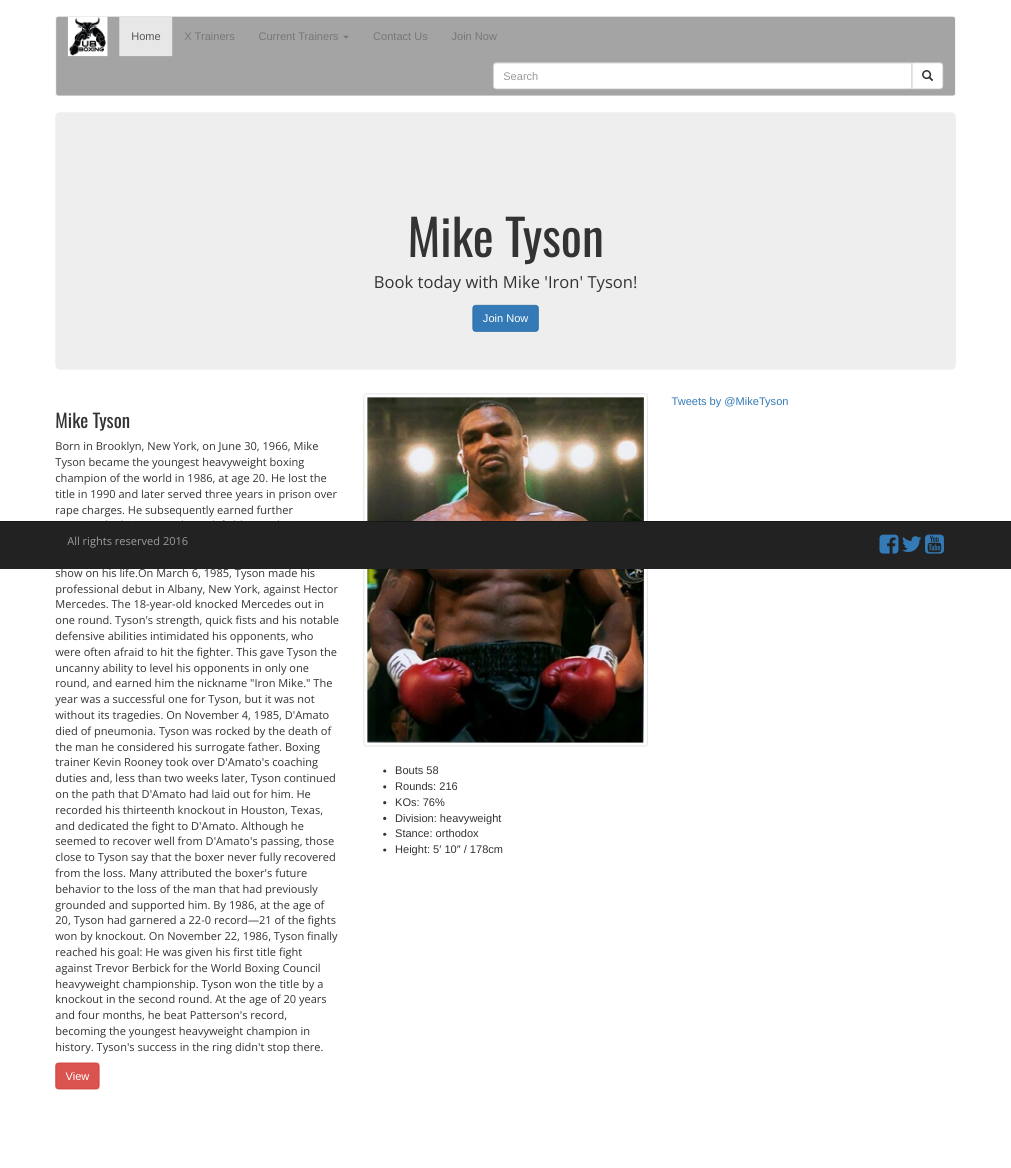
Repository: Dittaa5/2015cde-assesment-
Page: http://localhost/miketyson
The author's editor kept a record of every edit. The page is drawn from the files as they stood at one moment, then again after the next edit.
The browser window is 1280 px wide. The pictures show the whole page, at 79% of full size.
Some web libraries are served in a nearby version. The page is served by the project's application, run on Flask 3 (bootstrap-3.3.6-dist/app.py).

Above is the page before.

### website205/workspace/bootstrap-3.3.6-dist/templates/miketyson.html
<!DOCTYPE html>
<html lang="en">
  <head>
    <meta charset="utf-8">
    <meta http-equiv="X-UA-Compatible" content="IE=edge">
    <meta name="viewport" content="width=device-width, initial-scale=1">
    <!-- The above 3 meta tags *must* come first in the head; any other head content must come *after* these tags -->
    <title>Mike Tyson</title>

    <!-- Bootstrap -->
    <link rel="stylesheet" href="{{ url_for('static', filename='css/bootstrap.min.css') }}">
    <link rel="stylesheet" href="{{ url_for('static', filename='css/style.css') }}">

    <link rel="stylesheet" href="https://maxcdn.bootstrapcdn.com/font-awesome/4.5.0/css/font-awesome.min.css">
        <link href='https://fonts.googleapis.com/css?family=Open+Sans' rel='stylesheet' type='text/css'>
    <link href='https://fonts.googleapis.com/css?family=Oswald' rel='stylesheet' type='text/css'>
  </head>

  <body>
    <div class="container">
      <nav class="navbar navbar-default" role="navigation">
  <!-- Brand and toggle get grouped for better mobile display -->
  <div class="navbar-header">

    <button type="button" class="navbar-toggle" data-toggle="collapse" data-target=".navbar-collapse">
      <span class="sr-only">Toggle navigation</span>
      <span class="icon-bar"></span>
      <span class="icon-bar"></span>
      <span class="icon-bar"></span>
    </button>
    <a class="navbar-brand" href="index.html" Boxing>
               <img id="brand-image" class="center-block" alt="logo" src="images/boxinglogo.jpg"/>
            </a>
  </div>

  <!-- Collect the nav links, forms, and other content for toggling -->
  <div class="collapse navbar-collapse" id="bs-example-navbar-collapse-1">
    <ul class="nav navbar-nav">
      <li class="active"><a href="index.html">Home</a></li>
      <li><a href="xtrainers.html">X Trainers</a></li>
      <li class="dropdown">
        <a href="#" class="dropdown-toggle" data-toggle="dropdown">Current Trainers <b class="caret"></b></a>
        <ul class="dropdown-menu">
          <li><a href="miketyson.html">Mike Tyson</a></li>
          <li class="divider"></li>
          <li><a href="mannypac.html">Manny Pacquiao</a></li>
          <li class="divider"></li>
          <li><a href="amirkhan.html">Amir Khan</a></li>
        </ul>
      </li>
      <li><a href="contactus.html">Contact Us</a></li>
      <li><a href="joinnow.html">Join Now</a></li>
    </ul>
    <ul class="nav navbar-nav navbar-right">
      <form class="navbar-form" role="search" action="http://www.google.com/search">
        <div class="input-group">
            <input type="text" class="form-control" size="60px" placeholder="Search" name="q">
            <div class="input-group-btn">
                <button class="btn btn-default" type="submit"><i class="glyphicon glyphicon-search"></i></button>
            </div>
        </div>
        </form>
    </ul>
    </div>
  </div><!-- /.navbar-collapse -->

<div class="container">
    <div class="jumbotron text-center">
    <h1>Mike Tyson </h1>
    <p>Book today with Mike 'Iron' Tyson!</p>
    <a href="joinnow.html" class="btn btn-primary">Join Now</a>
    </div>

    <div class="row">
      <div class="col-md-4">

        <h3>Mike Tyson</h3>
        <p>Born in Brooklyn, New York, on June 30, 1966, Mike Tyson became the youngest heavyweight boxing champion of the world in 1986, at age 20. He lost the title in 1990 and later served three years in prison over rape charges. He subsequently earned further notoriety by biting Evander Holyfield's ear during a rematch in 1997. Tyson has gone on to appear in several films, including a documentary and Broadway show on his life.On March 6, 1985, Tyson made his professional debut in Albany, New York, against Hector Mercedes. The 18-year-old knocked Mercedes out in one round. Tyson's strength, quick fists and his notable defensive abilities intimidated his opponents, who were often afraid to hit the fighter. This gave Tyson the uncanny ability to level his opponents in only one round, and earned him the nickname "Iron Mike."
The year was a successful one for Tyson, but it was not without its tragedies. On November 4, 1985, D'Amato died of pneumonia. Tyson was rocked by the death of the man he considered his surrogate father. Boxing trainer Kevin Rooney took over D'Amato's coaching duties and, less than two weeks later, Tyson continued on the path that D'Amato had laid out for him. He recorded his thirteenth knockout in Houston, Texas, and dedicated the fight to D'Amato. Although he seemed to recover well from D'Amato's passing, those close to Tyson say that the boxer never fully recovered from the loss. Many attributed the boxer's future behavior to the loss of the man that had previously grounded and supported him.
By 1986, at the age of 20, Tyson had garnered a 22-0 record—21 of the fights won by knockout. On November 22, 1986, Tyson finally reached his goal: He was given his first title fight against Trevor Berbick for the World Boxing Council heavyweight championship. Tyson won the title by a knockout in the second round. At the age of 20 years and four months, he beat Patterson's record, becoming the youngest heavyweight champion in history.
Tyson's success in the ring didn't stop there.</p>
        <a href="#" class="btn btn-danger">View</a>
      </div>
      <div class="col-md-4">
      <a href="#" class="thumbnail">
        <img src="images/miketyson.jpg" alt="Mike Tyson">
        </a>
        <ul>
          <li>Bouts	58</li>
          <li>Rounds: 216 </li>
          <li>KOs:	76% </li>
          <li>Division:	heavyweight</li>
          <li>Stance: orthodox</li>
          <li>Height:	5′ 10″   /   178cm </li>
        </ul>
      </div>
      <div class="col-md-4">
          <a class="twitter-timeline" href="https://twitter.com/MikeTyson" data-widget-id="710529059357388800">Tweets by @MikeTyson</a>
<script>!function(d,s,id){var js,fjs=d.getElementsByTagName(s)[0],p=/^http:/.test(d.location)?'http':'https';if(!d.getElementById(id)){js=d.createElement(s);js.id=id;js.src=p+"://platform.twitter.com/widgets.js";fjs.parentNode.insertBefore(js,fjs);}}(document,"script","twitter-wjs");</script>

      </div>
    </div>
  </div>

  <div class="navbar navbar-inverse navbar-fixed-bottom" role="navigation">
      <div class="container">
        <div class="navbar-text pull-left">
            <p> All rights reserved 2016</p>
        </div>
        <div class="navbar-text pull-right">
            <a href="#"><i class="fa fa-facebook-square fa-2x"></i></a>
            <a href="#"><i class="fa fa-twitter fa-2x"></i></a>
            <a href="#"><i class="fa fa-youtube-square fa-2x"></i></a>
        </div>
      </div>
  </div>

  <div class="modal fade" id="contactus" role="dialog">
    <div class="modal-dialog">
        <div class="modal-content">
          <form class="form-horizontal" role="form">
            <div class="modal-header">
                <h4>Contact</h4>
            </div>
            <div class="modal-body">
                <div class="form-group">
                  <lable for="contact-name" class="col-sm-2 control-lable">Name</lable>
                  <div class="col-sm-10">
                    <input type="text" class="form-control" id="contact-name" placeholder="first and last name">
                  </div>
                </div>
                <div class="form-group">
                  <lable for="contact-email" class="col-sm-2 control-lable">Email</lable>
                  <div class="col-sm-10">
                    <input type="email" class="form-control" id="contact-email" placeholder="example@domain.com">
                  </div>
                </div>
                 <div class="form-group">
                  <lable for="contact-message" class="col-sm-2 control-lable">Message</lable>
                  <div class="col-sm-10">
                    <textarea class="form-control" rows="4"></textarea>
                  </div>
                </div>
            </div>
            <div class="modal-footer">
                <a class="btn btn-default" data-dismiss="modal">Close</a>
                <button type="submit" class="btn btn-primary">Send</button>
            </div>

          </form>
        </div>
    </div>
</div>



    <!-- jQuery (necessary for Bootstrap's JavaScript plugins) -->
    <script src="https://ajax.googleapis.com/ajax/libs/jquery/1.11.3/jquery.min.js"></script>
    <!-- Include all compiled plugins (below), or include individual files as needed -->
    <script src="js/bootstrap.min.js"></script>
  </body>
</html>

### website205/workspace/bootstrap-3.3.6-dist/app.py
from flask import Flask, render_template, request
import sqlite3 as sql
app = Flask(__name__)
import os


@app.route("/")
def index():
    return render_template("index.html")

@app.route("/miketyson")
def miketyson():
    return render_template("miketyson.html")



@app.route("/amirkhan")
def amirkhan():
    return render_template("amirkhan.html")

@app.route("/mannypac")
def mannypac():
    return render_template("mannypac.html")

@app.route("/xtrainers")
def xtrainers():
    return render_template("xtrainers.html")

@app.route('/home')
def home():
   return render_template('home.html')

@app.route('/enternew')
def new_student():
   return render_template('student.html')

@app.route('/addrec',methods = ['POST', 'GET'])
def addrec():
   if request.method == 'POST':
      try:
         nm = request.form['nm']
         addr = request.form['add']
         city = request.form['city']
         pin = request.form['pin']

         with sql.connect("databsae.db") as con:
            cur = con.cursor()

            cur.execute("INSERT INTO students (name,addr,city,pin) VALUES (?,?,?,?)",(nm,addr,city,pin) )

            con.commit()
            msg = "Record successfully added"
      except:
         con.rollback()
         msg = "error in insert operation"

      finally:
         return render_template("result.html",msg = msg)
         con.close()

@app.route('/list')
def list():
   con = sql.connect("databsae.db")
   con.row_factory = sql.Row

   cur = con.cursor()
   cur.execute("select * from students")

   rows = cur.fetchall();
   return render_template("list.html",rows = rows)

if __name__ == '__main__':
    app.debug = True
    port = int(os.getenv('PORT', 8080))
    host = os.getenv('IP', '0.0.0.0')
    app.run(port=port, host=host)

### website205/workspace/bootstrap-3.3.6-dist/static/css/style.css
#brand-image{
    width:50px;
    height:50px;
    float:center;
}

.jumbotron{
    padding-top: 100px;
}

.navbar-text > a {
    colour: inherit;
    text-decoration: none;
}

.navbar-default {
    background-color: #A4A4A4;
    border-color: #FFFFFF;
}

body {
    padding-top:20px;
    padding-bottom:100px;
}

P {
    font-family: 'Open Sans', sans-serif;
}

h1,h2,h3,h4,h5,h6 {
    font-family: 'Oswald', sans-serif;
}

.navbar-brand {
    padding: 0px 15px;
}

Loaded but not shown: website205/workspace/bootstrap-3.3.6-dist/static/css/bootstrap.min.css (library); website205/workspace/bootstrap-3.3.6-dist/static/js/bootstrap.min.js (library)

After the next edit:
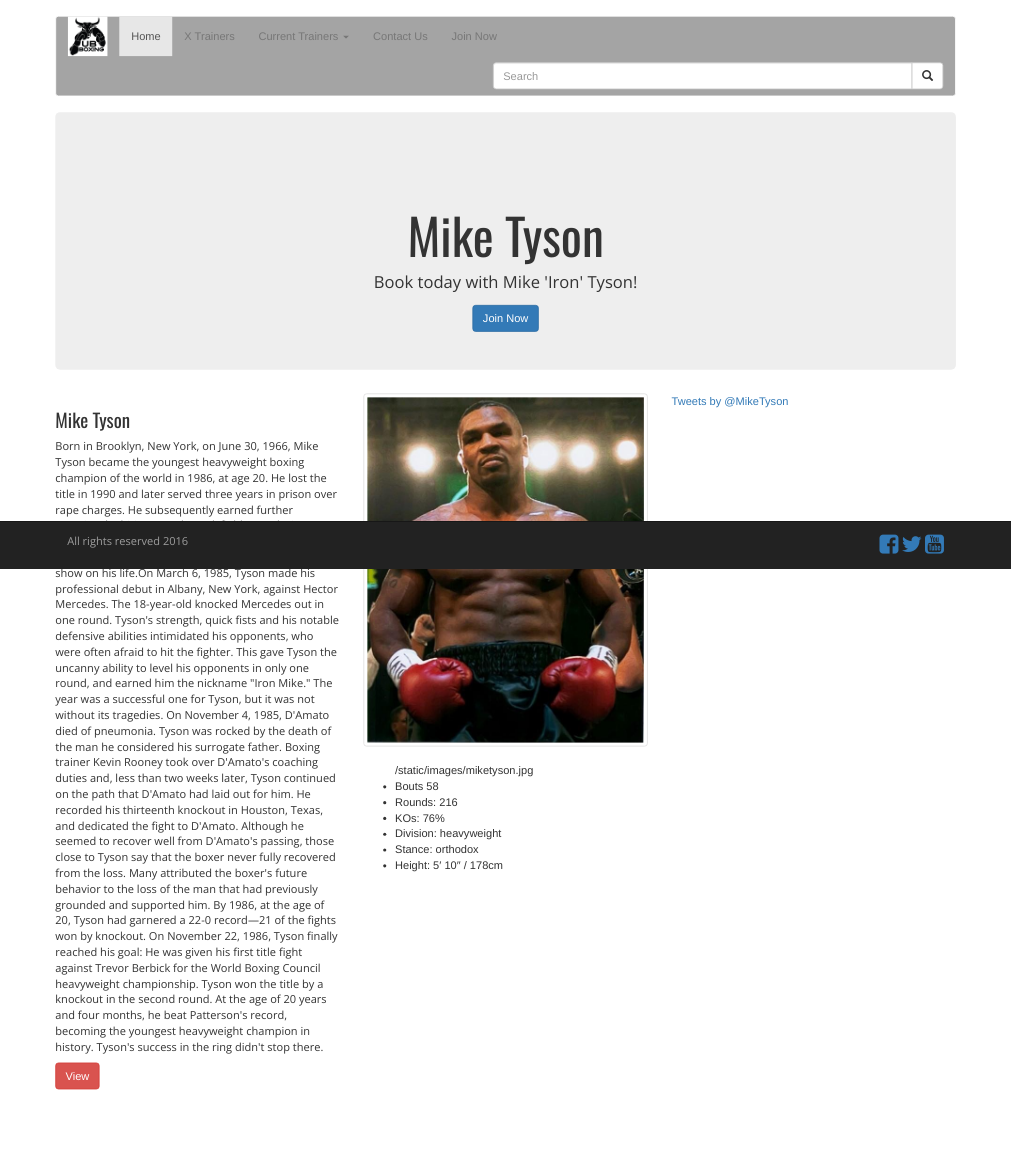
The edit:
--- a/website205/workspace/bootstrap-3.3.6-dist/templates/miketyson.html
+++ b/website205/workspace/bootstrap-3.3.6-dist/templates/miketyson.html
@@ -86,6 +86,7 @@
         <img src="images/miketyson.jpg" alt="Mike Tyson">
         </a>
         <ul>
+          {{ url_for('static', filename='images/miketyson.jpg') }}
           <li>Bouts	58</li>
           <li>Rounds: 216 </li>
           <li>KOs:	76% </li>

After the edit that followed:
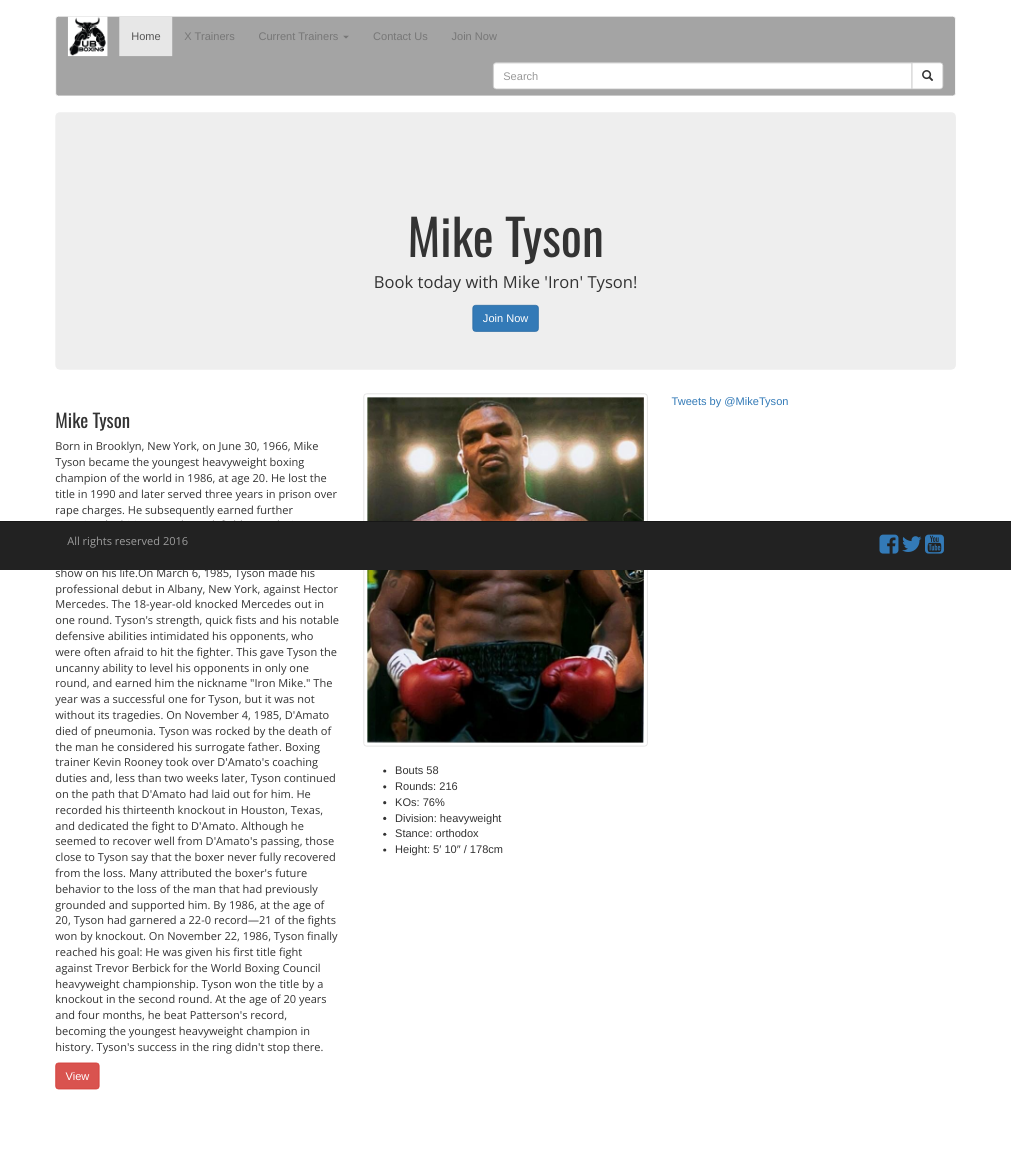
The edit:
--- a/website205/workspace/bootstrap-3.3.6-dist/templates/miketyson.html
+++ b/website205/workspace/bootstrap-3.3.6-dist/templates/miketyson.html
@@ -83,10 +83,9 @@
       </div>
       <div class="col-md-4">
       <a href="#" class="thumbnail">
-        <img src="images/miketyson.jpg" alt="Mike Tyson">
+        <img src="{{ url_for('static', filename='images/miketyson.jpg') }}" alt="Mike Tyson">
         </a>
         <ul>
-          {{ url_for('static', filename='images/miketyson.jpg') }}
           <li>Bouts	58</li>
           <li>Rounds: 216 </li>
           <li>KOs:	76% </li>
